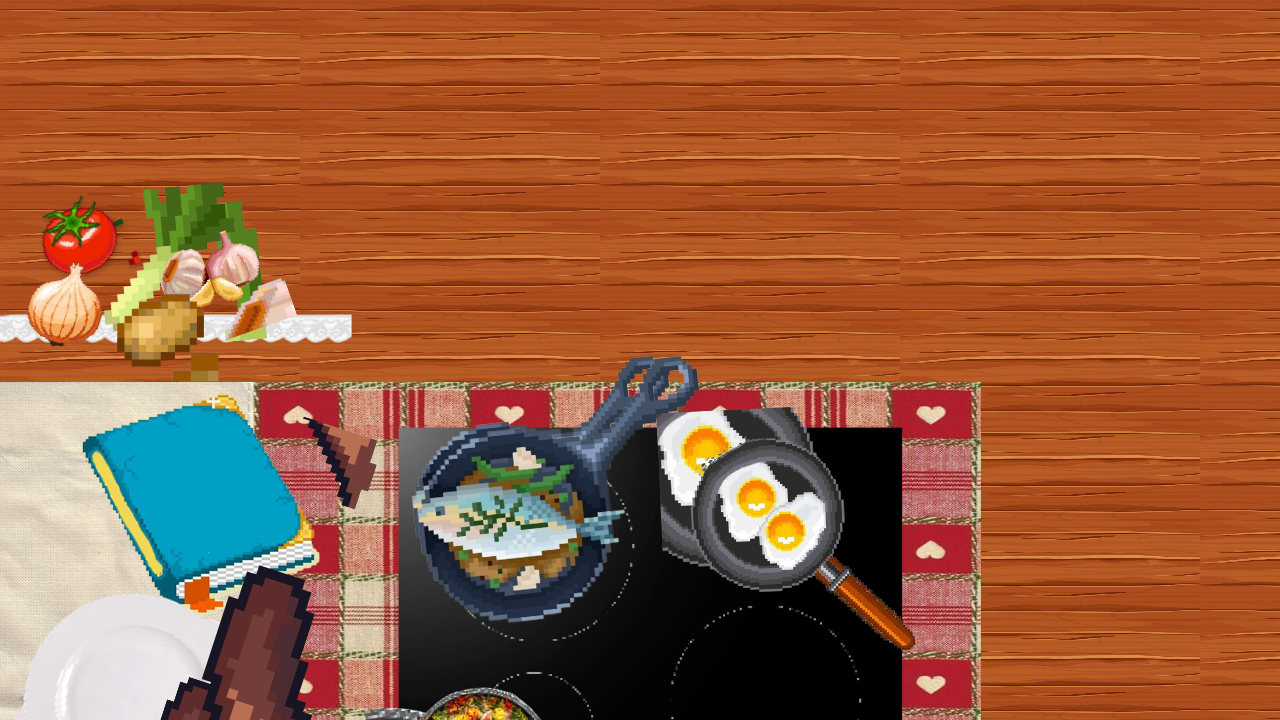
Repository: AJamdonuts/ToddyTalks
Page: playingaround2/pages/chefsujin.html
The author's editor kept a copy of each file at every save. The page is drawn from the files as they stood at one save, then again after the next save.
The browser window is 1280 px wide. The pictures show the whole page.

Above is the page before, as saved 2025-11-26 20:13:49.

### playingaround2/pages/chefsujin.html
<!DOCTYPE html>
<html>
<head>
    <meta charset="UTF-8">
    <meta name="viewport" content="width=device-width, initial-scale=1">
    <link href="/playingaround2/styles/chefsujin.css" rel="stylesheet">
    <script src="/playingaround2/javascript/chefsujin.js" defer></script>
    <title>Chef Sujin</title>
    <link rel="icon" type="image/x-icon" href="/playingaround2/images/favicon.ico">
</head>
<body>
    <div class="canvas">
        <img src="/playingaround2/images/09362b8ce39beb85f830c3373e6b392c-removebg-preview.png" alt="Chef Sujin Banner" class="chef-sujin-banner">
        <img src="/playingaround2/images/b41e50d46e26e9463ce130b2da7a46aa.jpg" class="creamtexture">
        <img src="/playingaround2/images/check table cloth.jpg" class="checktablecloth">
        <img src="/playingaround2/images/pxArt-2.png" class="hob">
        <img src="/playingaround2/images/pixil-frame-0-removebg-preview 1.png" class="recipebook">
        <img src="/playingaround2/images/fishpan.png" class="fishpan">
        <img src="/playingaround2/images/leek-removebg-preview.png" class="leek">
        <img src="/playingaround2/images/garlic-removebg-preview.png" class="garlic">
        <img src="/playingaround2/images/d95fa1e62c663504736614e026fc4862-removebg-preview.png" class="potato">
        <img src="/playingaround2/images/pixil-frame-0-removebg-preview.png" class="eggpan" >
        <img src="/playingaround2/images/pxArt-2-removebg-preview.png" class="vegpan">
        <img src="/playingaround2/images/pxArt-removebg-preview.png" class="plate">
        <img src="/playingaround2/images/tomato-removebg-preview.png" class="tomato">
        <img src="/playingaround2/images/onion-removebg-preview.png" class="onion">
        <img src="/playingaround2/images/IMG_0236_2-removebg-preview.png" class="beararm1" >
        <img src="/playingaround2/images/IMG_0236-removebg-preview.png" class="beararm2" >
    </div>

</body>
</html>

### playingaround2/styles/chefsujin.css


/* Add a main container to hold all your absolutely positioned elements */
.canvas {
    position: relative;
    max-width: 1440px;
    max-height: 1024px;
    width: 100%;
    height: 100%;
    transform-origin: bottom left;
    transform: scale(var(--scale-factor, 1));
}

/* Use Flexbox on the body to center the .canvas element when it hits the max size */
body {
    display: flex;
    justify-content: center; /* horizontally center canvas */
    align-items: flex-end;   /* vertically position canvas as needed */

    background-image: url('/playingaround2/images/kitchencounter.jpg');
    background-repeat: repeat;      /* repeat the image */
    background-size: 300px 100px;   /* set width and height for each tile */
    background-position: top left;  /* start tiling from top-left */
    background-attachment: scroll;  /* moves with page */
    background-color: #ffffff;      /* fallback color */
}

.tomato {
    position: absolute;
    width: 133.75px;
    height: 133.75px;
    left: 45.02px;
    top: 55.06px;
    background: url(tomato-removebg-preview.png);
    filter: drop-shadow(0px 4px 4px rgba(0, 0, 0, 0.25));
    border-radius: 4px;
    transform: rotate(-24.58deg);
}

.potato {
    position: absolute;
    width: 165px;
    height: 165px;
    left: 146px;
    top: 161px;
    background: url(d95fa1e62c663504736614e026fc4862-removebg-preview.png);
}

.leek {
    position: absolute;
    width: 257.96px;
    height: 257.96px;
    left: 109.95px;
    top: 20px;
    background: url(leek-removebg-preview.png);
    transform: rotate(-5.62deg);
}

.garlic {
    position: absolute;
    width: 194.8px;
    height: 194.8px;
    left: 200.62px;
    top: 74.87px;
    background: url(garlic-removebg-preview.png);
    transform: rotate(-19.27deg);
}

.onion {
    position: absolute;
    width: 126.18px;
    height: 144.28px;
    left: 32px;
    top: 145.3px;
    background: url(onion-removebg-preview.png);
    transform: rotate(17.63deg);
    }

.recipebook {
    position: absolute;
    width: 392px;
    height: 392px;
    left: 90px;
    top: 302px;
}

.plate {
    position: absolute;
    width: 334.76px;
    height: 332.75px;
    left: 22px;
    top: 616px;
    background: url(pxArt-removebg-preview.png);
    transform: rotate(19.64deg);
}

.beararm1 {
    position: absolute;
    width: 448.49px;
    height: 883.17px;
    left: 132px;
    top: 374px;
    background: url(IMG_0236_2-removebg-preview.png);
    transform: matrix(0.95, 0.31, 0.31, -0.95, 0, 0);
}

.beararm2 {
    position: absolute;
    width: 348.8px;
    height: 764.5px;
    left: 1062px;
    top: 623px;
    background: url(IMG_0236-removebg-preview.png);
    transform: matrix(0.99, -0.13, -0.13, -0.99, 0, 0);
}

.fishpan {
    position: absolute;
    width: 546.95px;
    height: 546.95px;
    left: 532px;
    top: 257px;
    background: url(fishpan.png);
    transform: rotate(-6.22deg);
}

.eggpan {
    position: absolute;
    width: 396px;
    height: 396px;
    left: 942.44px;
    top: 362.44px;
    background: url(pixil-frame-0-removebg-preview.png);
    transform: rotate(177.33deg);
}

.vegpan {
    position: absolute;
    width: 207px;
    height: 310px;
    left: 580.54px;
    top: 703.1px;
    background: url(pxArt-2-removebg-preview.png);
    transform: rotate(81.24deg);
}

.hob {
position: absolute;
width: 716px;
height: 632px;
left: 567px;
top: 392px;
background: url(pxArt-2.png);
}

.creamtexture {
    position: absolute;
    width: 476px;
    height: 724px;
    left: -115px;
    top: 327px;
    background: url(b41e50d46e26e9463ce130b2da7a46aa.jpg);
}

.checktablecloth {
    position: absolute;
    width: 1034px;
    height: 697px;
    left: 361px;
    top: 327px;
}

html, body {
    margin: 0;
    padding: 0;
    width: 100vw;
    height: 100vh;
    overflow: hidden;
}

body {
    display: flex;
    justify-content: center;
    align-items: center;
}

.canvas {
    position: relative;
    width: 100vw;
    height: 100vh;
    min-height: auto;
}

### playingaround2/javascript/chefsujin.js
function calculateScaleFactor() {
    // Define the original design dimensions
    const DESIGN_WIDTH = 1440;
    const DESIGN_HEIGHT = 1024;

    // Get the current viewport dimensions
    const viewportWidth = window.innerWidth;
    const viewportHeight = window.innerHeight;

    // Calculate the scale factor for both dimensions
    const widthScale = viewportWidth / DESIGN_WIDTH;
    const heightScale = viewportHeight / DESIGN_HEIGHT;

    // Use the smaller scale factor to ensure everything fits inside the window
    const scaleFactor = Math.min(widthScale, heightScale);

    // Get the .canvas element
    const canvas = document.querySelector('.canvas');

    // Apply the scale factor as a CSS variable
    if (canvas) {
        // If the viewport is larger than the design max, don't scale up past 1
        const finalScale = Math.min(scaleFactor, 1);
        canvas.style.setProperty('--scale-factor', finalScale);

        // Additionally, set the fixed width/height so the centering works correctly
        canvas.style.width = `${DESIGN_WIDTH}px`;
        canvas.style.height = `${DESIGN_HEIGHT}px`;
    }
}

// Run on load and on every window resize
window.addEventListener('resize', calculateScaleFactor);
document.addEventListener('DOMContentLoaded', calculateScaleFactor);

After the next save:
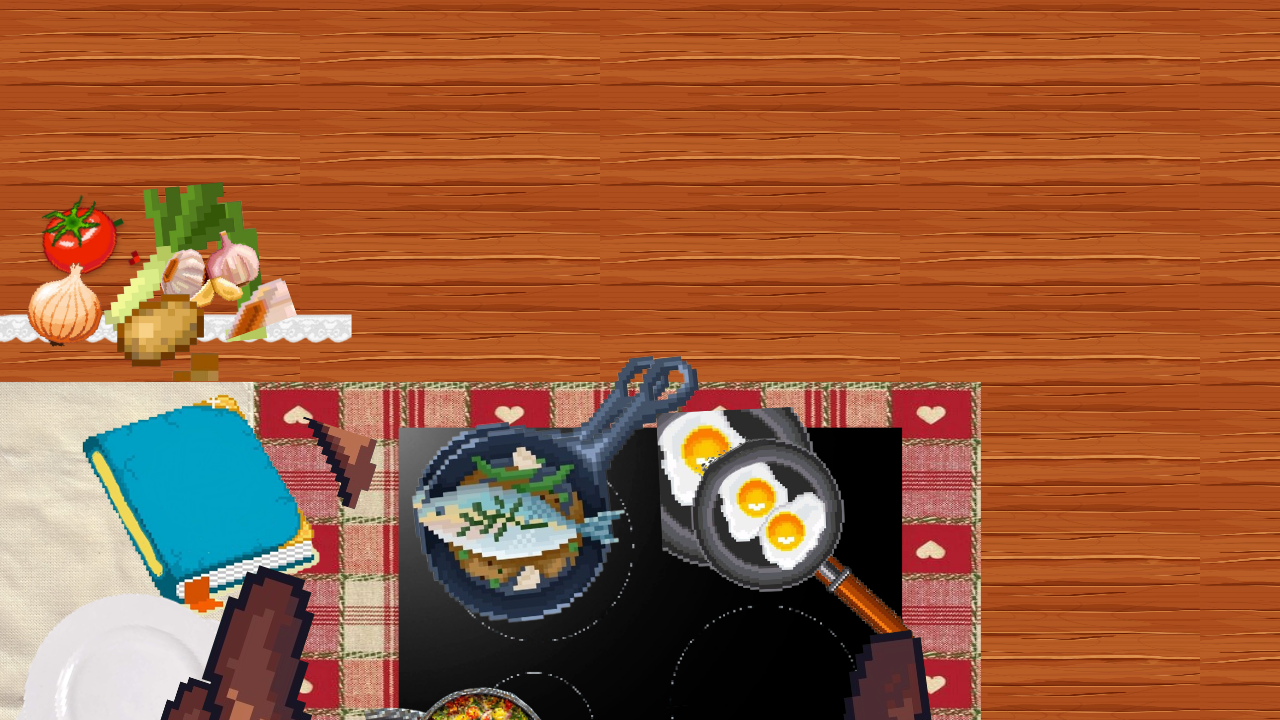
Saved 3 min 31 s later.
--- a/playingaround2/styles/chefsujin.css
+++ b/playingaround2/styles/chefsujin.css
@@ -109,7 +109,7 @@ body {
     width: 348.8px;
     height: 764.5px;
     left: 1062px;
-    top: 623px;
+    top: 450px;
     background: url(IMG_0236-removebg-preview.png);
     transform: matrix(0.99, -0.13, -0.13, -0.99, 0, 0);
 }
